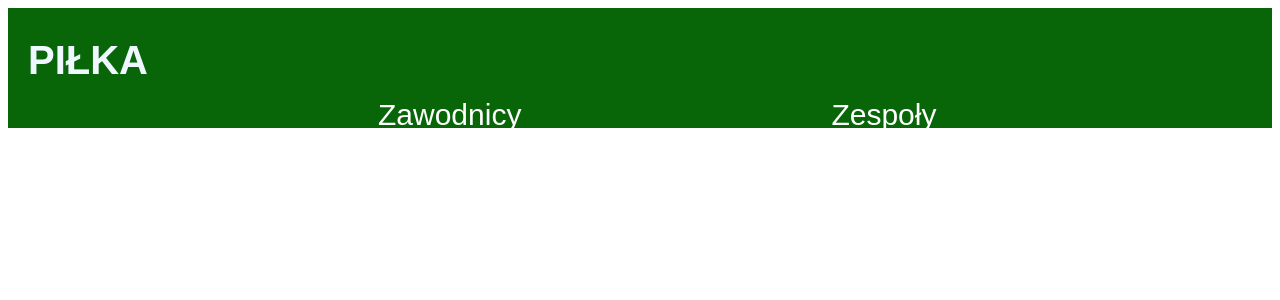
Repository: ZABA78/PAZW
Page: index.html
These files come from the project's save history. The page is drawn as it stood at one moment and after the next save; the edit follows.
The browser window is 1280 px wide. The pictures show the whole page.
Some web fonts or font styles are not loaded; a fallback is used.

Above is the page before, as saved 2023-10-17 14:22:40.

After the next save:
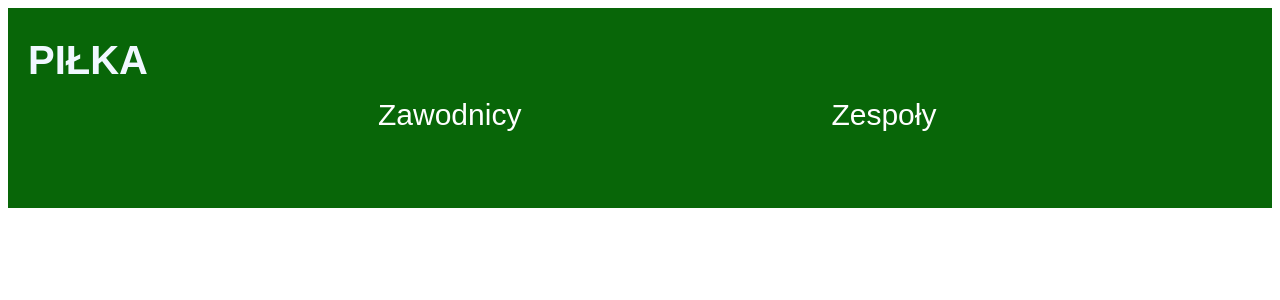
Saved 9 s later.
--- a/style.css
+++ b/style.css
@@ -16,7 +16,7 @@ h1
 header
 {
     background-color: rgb(8, 102, 8);
-    height: 120px;
+    height: 200px;
     color: aliceblue;
     display: flex;
     flex-direction: row;
